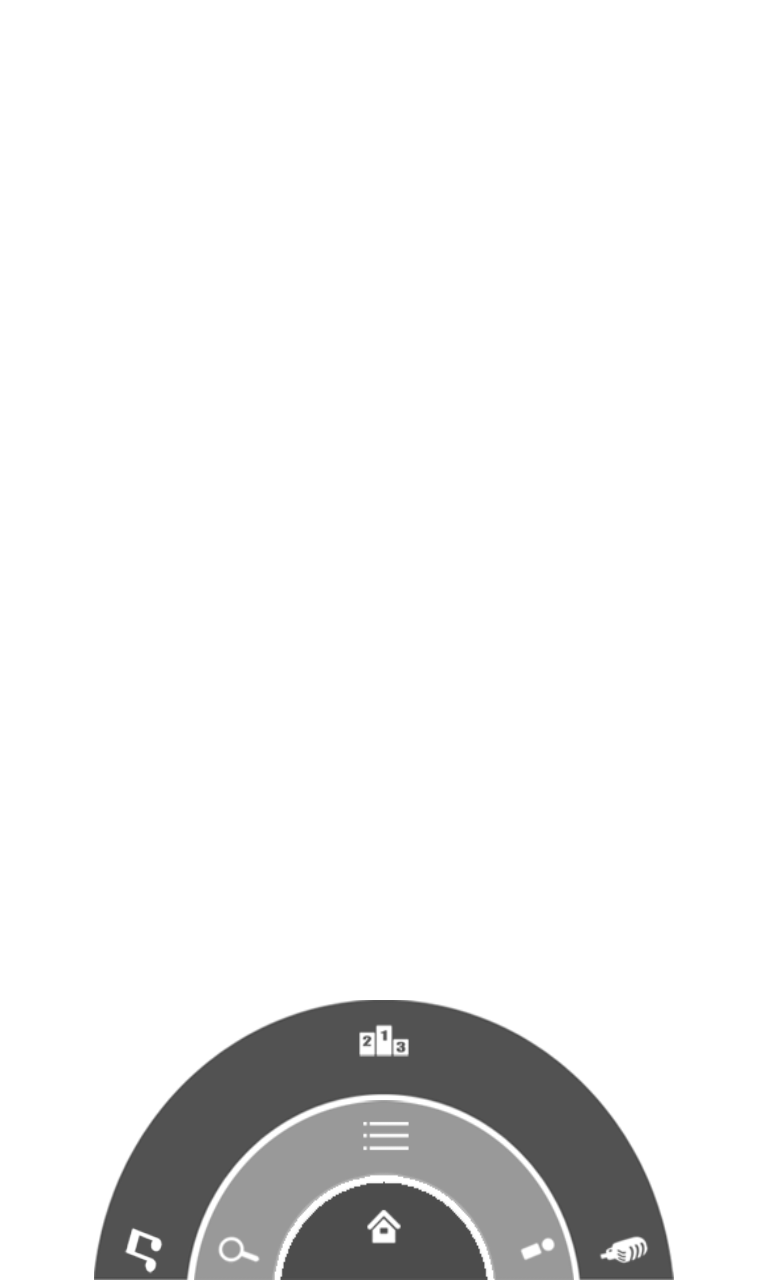
Repository: ASmouse/View
Layout: 02_UkuDemo14/res/layout/activity_main.xml
An editor plug-in stored every save of this project. The layout is shown before and after the next save, followed by the edit.
It is drawn on a 768 x 1280 px phone screen (xhdpi) without system bars, with theme AppTheme; the app's code is not run.

Above is the layout before, as saved 2015-10-24 03:07:10.

After the next save:
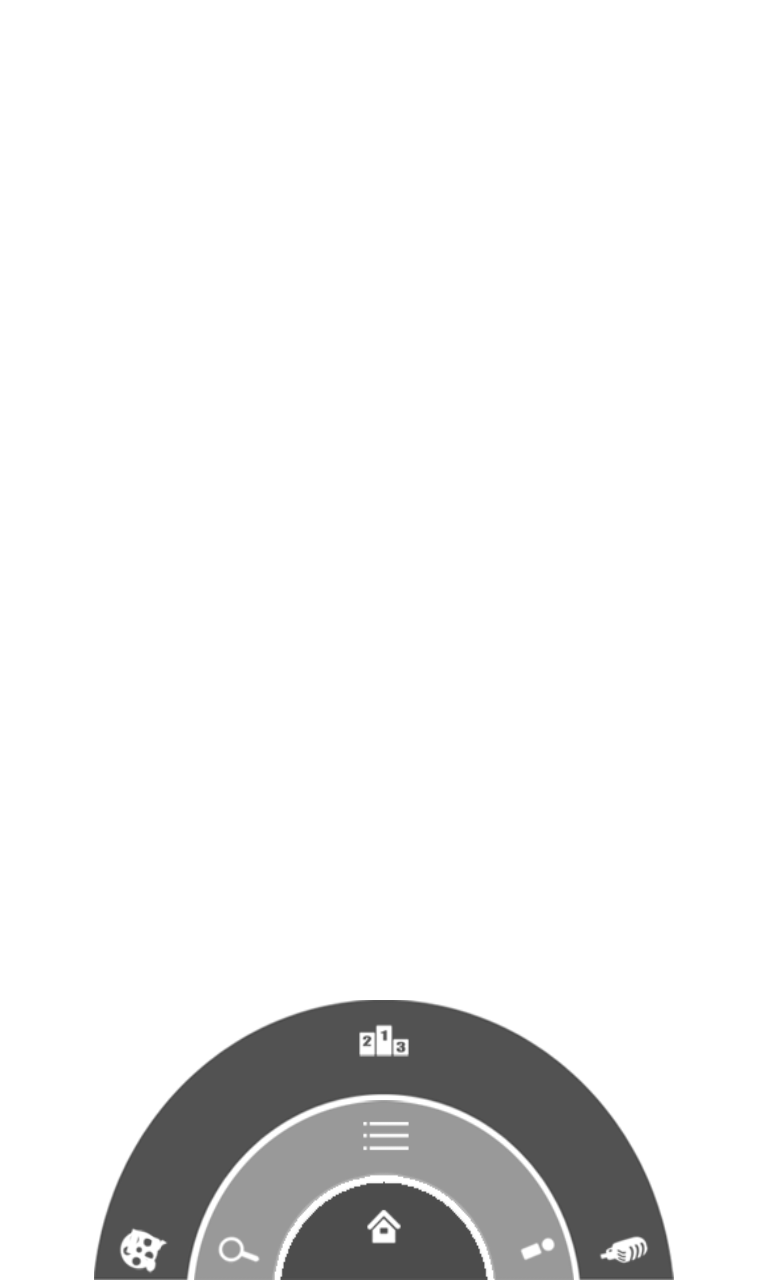
Saved 17 s later.
--- a/02_UkuDemo14/res/layout/activity_main.xml
+++ b/02_UkuDemo14/res/layout/activity_main.xml
@@ -108,12 +108,13 @@
         <!-- 第二个按钮 -->
 
         <ImageView
+            android:layout_marginLeft="20dip"
             android:layout_above="@id/channel1"
             android:layout_width="wrap_content"
             android:layout_height="wrap_content"
             android:layout_alignParentBottom="true"
             android:layout_marginLeft="10dip"
-            android:src="@drawable/channel1" />
+            android:src="@drawable/channel2" />
     </RelativeLayout>
 
 </RelativeLayout>
